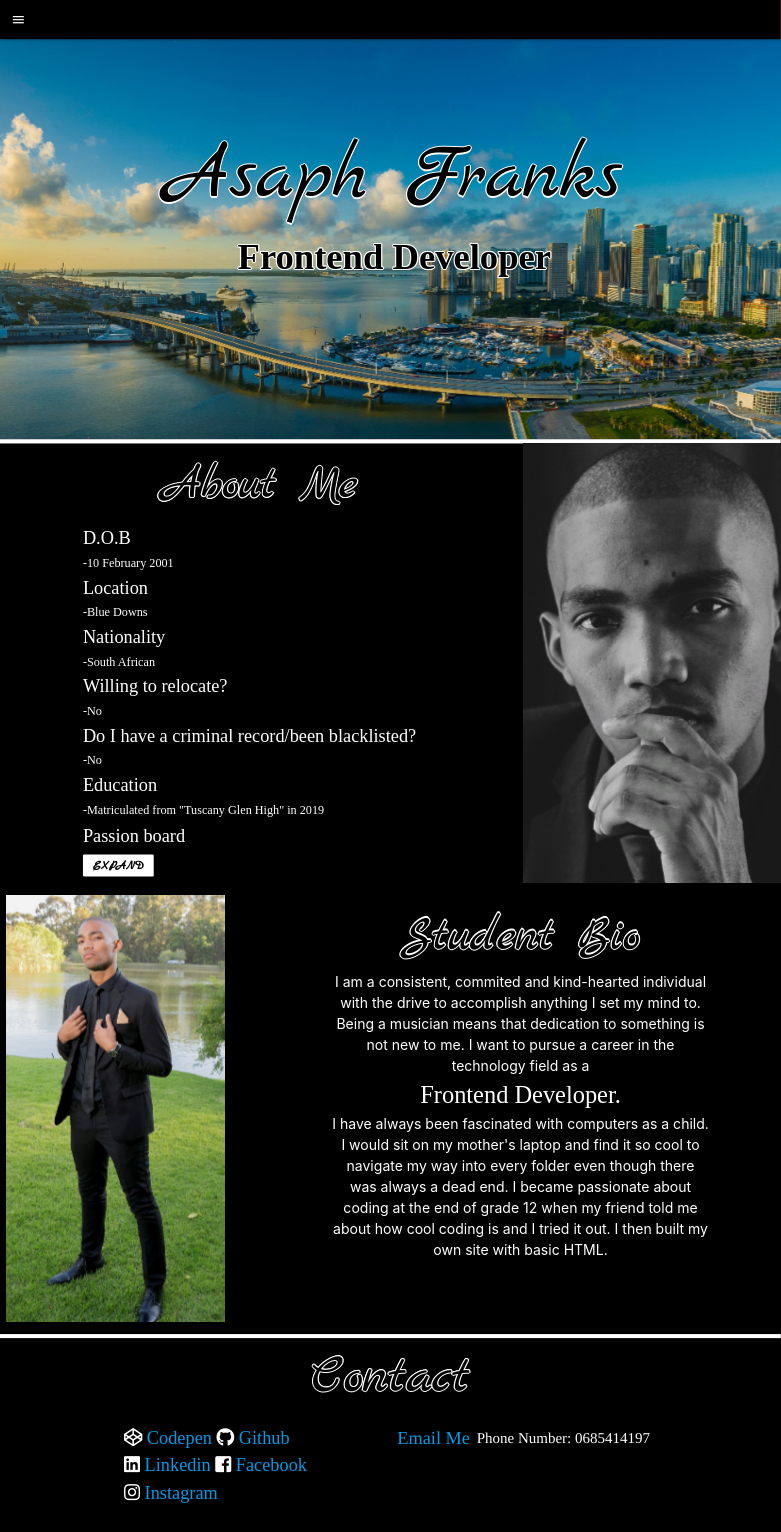
Repository: Ajtheult/portfolio.v3
Page: /portfolio-v3
The author's editor kept a copy of each file at every save. The page is drawn from the files as they stood at one save, then again after the next save.
The browser window is 1280 px wide. The pictures show the whole page, at 61% of full size.
Some web fonts or font styles are not loaded; a fallback is used. The project was rebuilt for these pictures with package versions that can differ from the ones it lists, and the page was loaded fresh each time. Also part of the build but not shown: src/components/layout/pages/Skills.js, src/components/layout/pages/MyWork.js, src/components/layout/pages/Testimonials.js.

Above is the page before, as saved 2020-08-05 14:03:38.

After the next save:
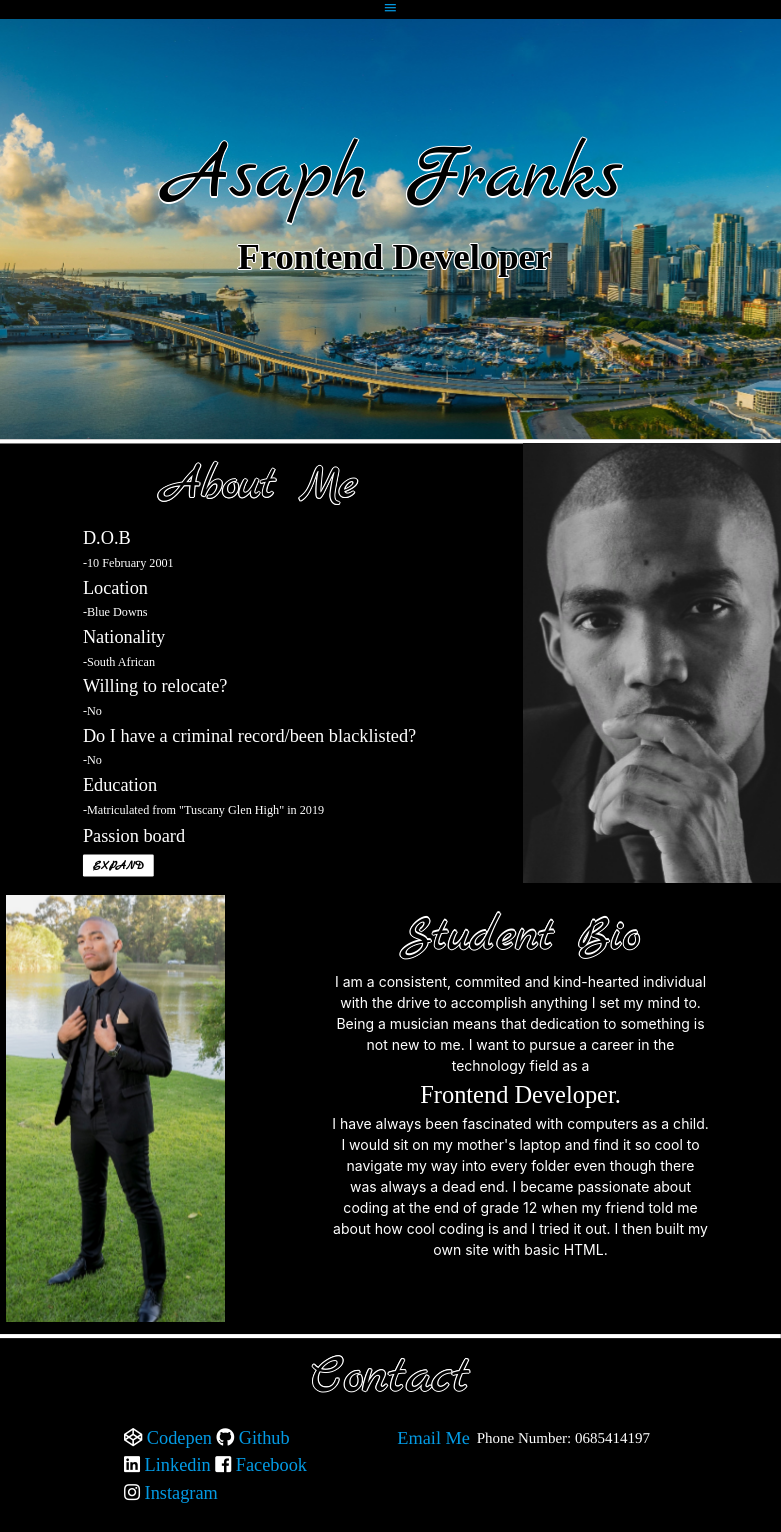
Saved 40 s later.
--- a/src/components/layout/navbar/Navbar.js
+++ b/src/components/layout/navbar/Navbar.js
@@ -17,7 +17,7 @@ export class Navbar extends Component {
   render() {
     return (
       <div>
-        <nav className="navbar">
+        <div className="navbar">
           <div className="nav-wrapper colour">
             <a
               href="#home"
@@ -27,7 +27,7 @@ export class Navbar extends Component {
               <i className="material-icons">menu</i>
             </a>
           </div>
-        </nav>
+        </div>
 
         <ul id="slide-out" className="sidenav sidenav-close">
           <li>
